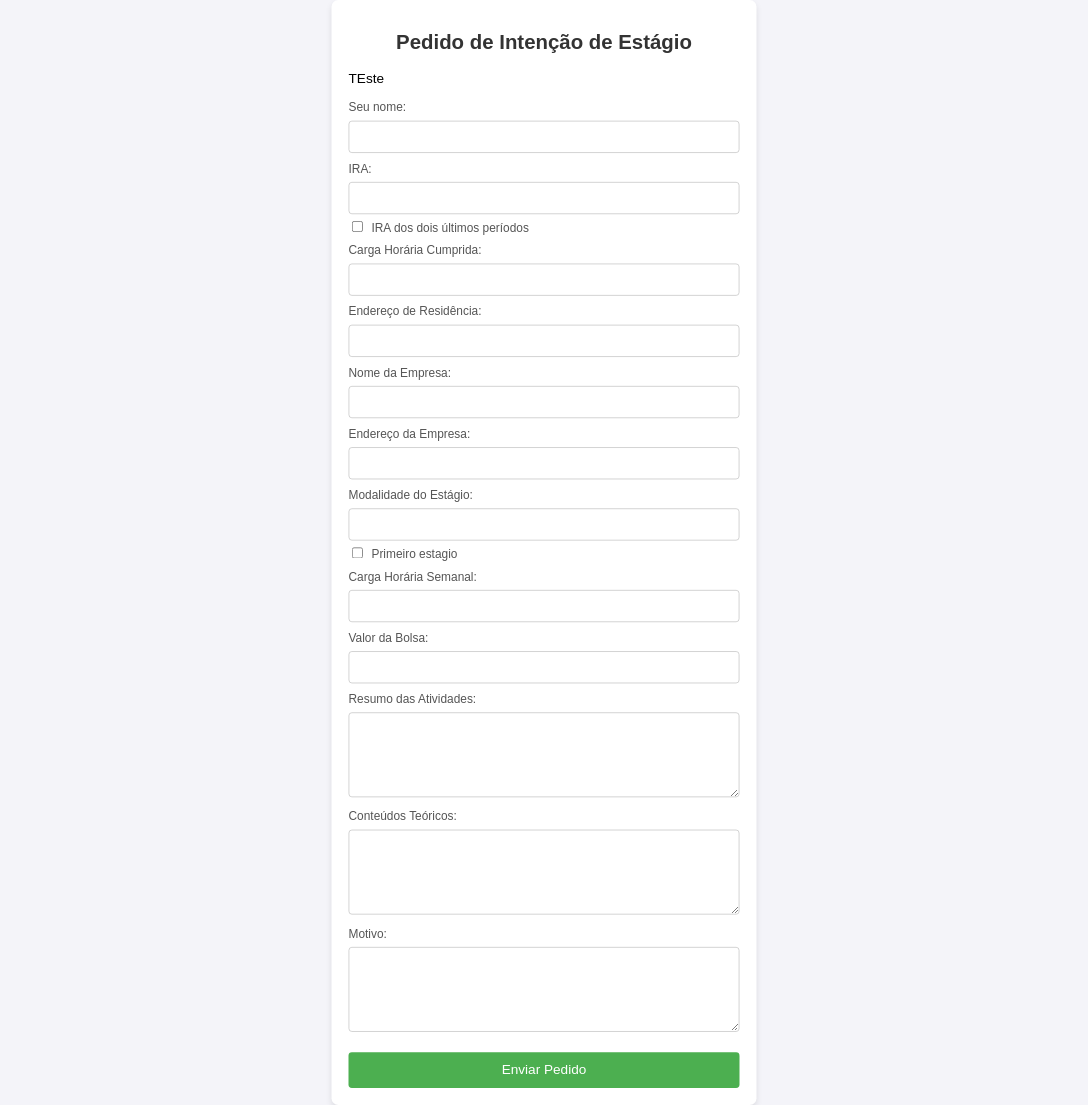
Repository: CronosUchoa/ArqSoft
Page: http://localhost/PedidoIntencaoNovoEstagioRDG/
An editor plug-in stored every save of this project. The page is shown before and after the next save, followed by the edit.
The browser window is 1280 px wide. The pictures show the whole page, at 85% of full size.
The page is served by Tomcat 9. Other server files are loaded and not shown.

Above is the page before, as saved 2024-11-27 12:48:41.

### PedidoIntencaoNovoEstagioRDG/src/main/webapp/WEB-INF/JSPS/index.jsp
<!DOCTYPE html>
<html lang="pt-br">
<head>
    <meta charset="UTF-8">
    <meta name="viewport" content="width=device-width, initial-scale=1.0">
    <title>Formulário de Pedido de Intenção</title>
    <style>
        body {
            font-family: Arial, sans-serif;
            background-color: #f4f4f9;
            display: flex;
            justify-content: center;
            align-items: center;
            margin: 0;
        }
        form {
            background-color: #fff;
            padding: 20px;
            border-radius: 8px;
            box-shadow: 0 4px 8px rgba(0, 0, 0, 0.1);
            width: 100%;
            max-width: 500px;
            box-sizing: border-box;
        }
        h1 {
            text-align: center;
            color: #333;
            font-size: 24px;
            margin-bottom: 20px;
        }
        label {
            font-size: 14px;
            color: #555;
            margin-top: 10px;
            display: block;
        }
        input, textarea, button {
            width: 100%;
            padding: 10px;
            margin-top: 8px;
            border-radius: 4px;
            border: 1px solid #ccc;
            font-size: 14px;
            box-sizing: border-box;
        }
        textarea {
            resize: vertical;
            min-height: 100px;
        }
        button {
            background-color: #4CAF50;
            color: white;
            border: none;
            cursor: pointer;
            font-size: 16px;
            margin-top: 20px;
            padding: 12px;
        }
        button:hover {
            background-color: #45a049;
        }
        /* New styles for checkbox container */
        .checkbox-container {
            display: flex;
            align-items: center;
            margin-top: 8px;
        }
        .checkbox-container input {
            width: auto;
            margin-right: 10px;
            margin-top: 0;
        }
        .checkbox-container label {
            margin-top: 0;
            display: inline;
        }
        .message {
            padding: 10px;
            margin-bottom: 20px;
            text-align: center;
            font-size: 14px;
            border-radius: 4px;
        }
        .success {
            background-color: #e6ffe6;
            color: #4CAF50;
            border: 1px solid #4CAF50;
        }
        .error {
            background-color: #ffe6e6;
            color: #f44336;
            border: 1px solid #f44336;
        }
    </style>
</head>
<body>
    <form action="Controller" method="post" onsubmit="return validarEGerarIdentificador()">
        <h1>Pedido de Intenção de Estágio</h1>
        <p>TEste</p>
        <input type="hidden" name="action" value="criarPedidoIntencao">

         <!-- Área para mensagens -->
        <%
            String mensagem = (String) request.getAttribute("mensagem");
            String tipoMensagem = (String) request.getAttribute("tipoMensagem");
            if (mensagem != null && tipoMensagem != null) {
        %>
            <div class="message <%= tipoMensagem %>">
                <%= mensagem %>
            </div>
        <% } %>

	    <input type="hidden" name="identificadorExistente" id="identificadorExistente">
	    <input type="hidden" name="identificador" id="identificador">

	    <script>
	    function validarEGerarIdentificador() {
	        // Recupera o identificador do usuário se já existir
	        const identificadorSalvo = localStorage.getItem('identificadorPedido_' + document.getElementById('usuario').value);

	        // Se já existir um identificador para este usuário
	        if (identificadorSalvo) {
	            // Verifica se deseja continuar
	            const confirmar = confirm('Você já tem um pedido de intenção em andamento. Deseja continuar mesmo assim?');

	            if (confirmar) {
	                // Mantém o identificador existente
	                document.getElementById('identificadorExistente').value = identificadorSalvo;
	                return true;
	            } else {
	                // Cancela o envio do formulário
	                return false;
	            }
	        } else {
	            // Gera novo identificador
	            const novoIdentificador = 'ID-' +
	                new Date().getTime() +
	                '-' +
	                Math.random().toString(36).substr(2, 9);

	            // Salva o novo identificador no localStorage
	            localStorage.setItem('identificadorPedido_' + document.getElementById('usuario').value, novoIdentificador);

	            // Define o valor do campo oculto
	            document.getElementById('identificador').value = novoIdentificador;

	            return true;
	        }
	    }
	    </script>

        <label for="usuario">Seu nome:</label>
        <input type="text" name="usuario" id="usuario" required><br>

        <label for="ira">IRA:</label>
        <input type="number" name="ira" id="ira" required><br>

        <div class="checkbox-container">
            <input type="checkbox" name="iraUlt" id="iraUlt" value="true" onclick="this.value = this.checked ? 'true' : 'false';">
            <label for="iraUlt">IRA dos dois últimos períodos</label>
        </div>

        <label for="cargaHorariaCumprida">Carga Horária Cumprida:</label>
        <input type="number" name="cargaHorariaCumprida" id="cargaHorariaCumprida" required><br>

        <label for="enderecoResidencia">Endereço de Residência:</label>
        <input type="text" name="enderecoResidencia" id="enderecoResidencia" required><br>

        <label for="nomeEmpresa">Nome da Empresa:</label>
        <input type="text" name="nomeEmpresa" id="nomeEmpresa" required><br>

        <label for="enderecoEmpresa">Endereço da Empresa:</label>
        <input type="text" name="enderecoEmpresa" id="enderecoEmpresa" required><br>

        <label for="modalidadeEstagio">Modalidade do Estágio:</label>
        <input type="text" name="modalidadeEstagio" id="modalidadeEstagio" required><br>

         <div class="checkbox-container">
            <input type="checkbox" name="primeiroEstagio" id="primeiroEstagio" value="true" onclick="this.value = this.checked ? 'true' : 'false';">
            <label for="primeiroEstagio">Primeiro estagio</label>
        </div>

        <label for="cargaHorariaSemanal">Carga Horária Semanal:</label>
        <input type="number" name="cargaHorariaSemanal" id="cargaHorariaSemanal" required><br>

        <label for="valorBolsa">Valor da Bolsa:</label>
        <input type="number" name="valorBolsa" id="valorBolsa" required><br>

        <label for="resumoAtividades">Resumo das Atividades:</label>
        <textarea name="resumoAtividades" id="resumoAtividades" required></textarea><br>

        <label for="conteudosTeoricos">Conteúdos Teóricos:</label>
        <textarea name="conteudosTeoricos" id="conteudosTeoricos" required></textarea><br>

        <label for="motivo">Motivo:</label>
        <textarea name="motivo" id="motivo" required></textarea><br>

        <button type="submit">Enviar Pedido</button>
    </form>
</body>
</html>

### PedidoIntencaoNovoEstagioRDG/src/main/java/Home/Home.java
package Home;

import java.io.IOException;

import javax.servlet.RequestDispatcher;
import javax.servlet.ServletException;
import javax.servlet.annotation.WebServlet;
import javax.servlet.http.HttpServlet;
import javax.servlet.http.HttpServletRequest;
import javax.servlet.http.HttpServletResponse;

/**
 * Servlet implementation class Home
 */
@WebServlet("/")
public class Home extends HttpServlet {
	private static final long serialVersionUID = 1L;

    /**
     * @see HttpServlet#HttpServlet()
     */
    public Home() {
        super();
        // TODO Auto-generated constructor stub
    }

	/**
	 * @see HttpServlet#doGet(HttpServletRequest request, HttpServletResponse response)
	 */
	protected void doGet(HttpServletRequest request, HttpServletResponse response) throws ServletException, IOException {
		// TODO Auto-generated method stub
		//response.getWriter().append("Served atgab: ").append(request.getContextPath());
		RequestDispatcher dispatcher = request.getRequestDispatcher("./WEB-INF/JSPS/index.jsp");
		dispatcher.forward(request, response);
	}

	/**
	 * @see HttpServlet#doPost(HttpServletRequest request, HttpServletResponse response)
	 */
	protected void doPost(HttpServletRequest request, HttpServletResponse response) throws ServletException, IOException {
		// TODO Auto-generated method stub
		doGet(request, response);
	}

}

After the next save:
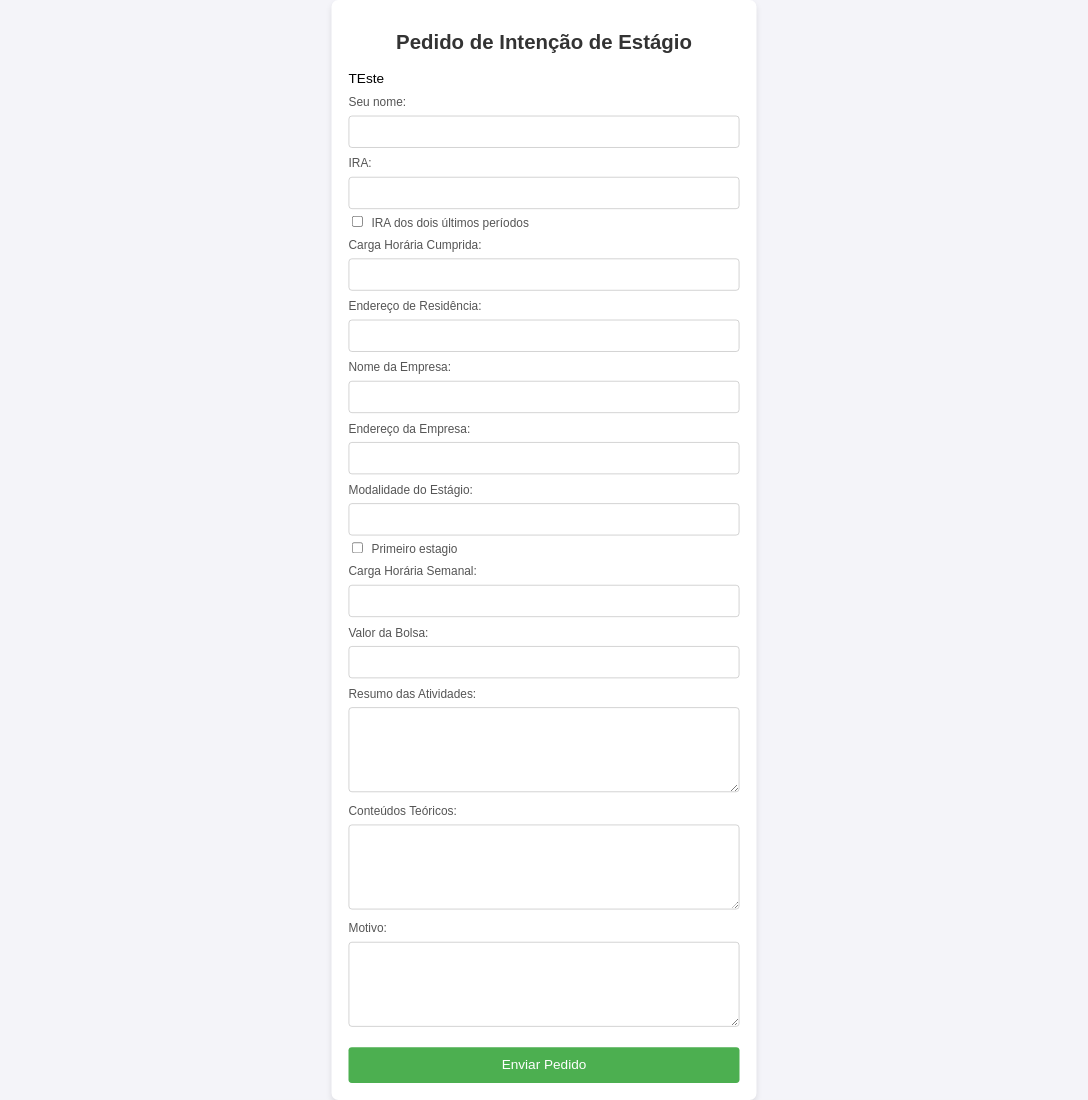
Saved 25 s later.
--- a/PedidoIntencaoNovoEstagioRDG/src/main/webapp/WEB-INF/JSPS/index.jsp
+++ b/PedidoIntencaoNovoEstagioRDG/src/main/webapp/WEB-INF/JSPS/index.jsp
@@ -96,7 +96,7 @@
 <body>
     <form action="Controller" method="post" onsubmit="return validarEGerarIdentificador()">
         <h1>Pedido de Intenção de Estágio</h1>
-        <p>TEste</p>
+        <h7>TEste</h7>
         <input type="hidden" name="action" value="criarPedidoIntencao">
 
          <!-- Área para mensagens -->
